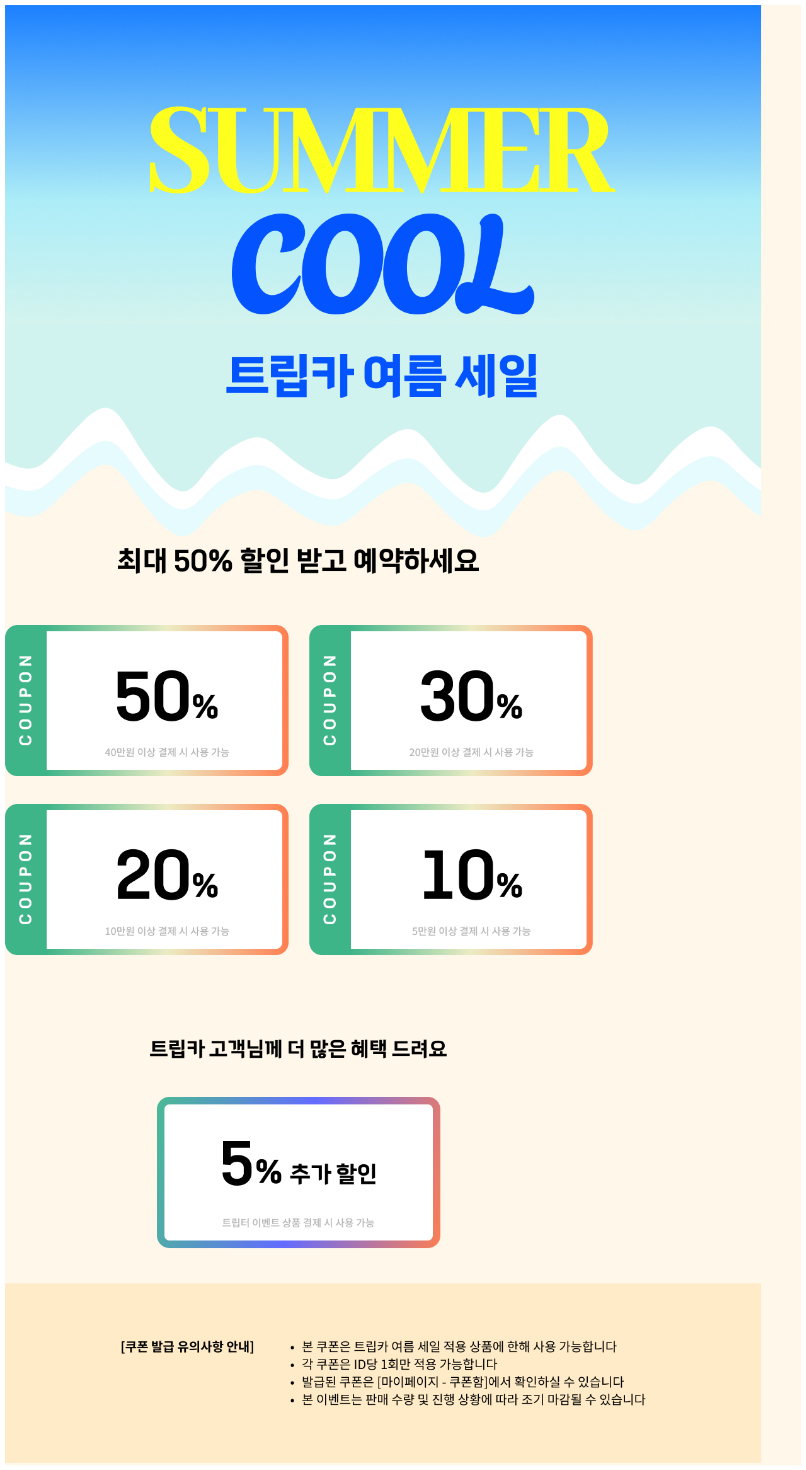
Repository: shin-eekk/project_temp
Page: project.html
These files come from the project's save history. The page is drawn as it stood at one moment and after a run of saves; the edit follows.
The browser window is 1280 px wide. The pictures show the whole page, at 63% of full size.

Above is the page before, as saved 2025-03-25 13:30:03.

After the next 3 saves:
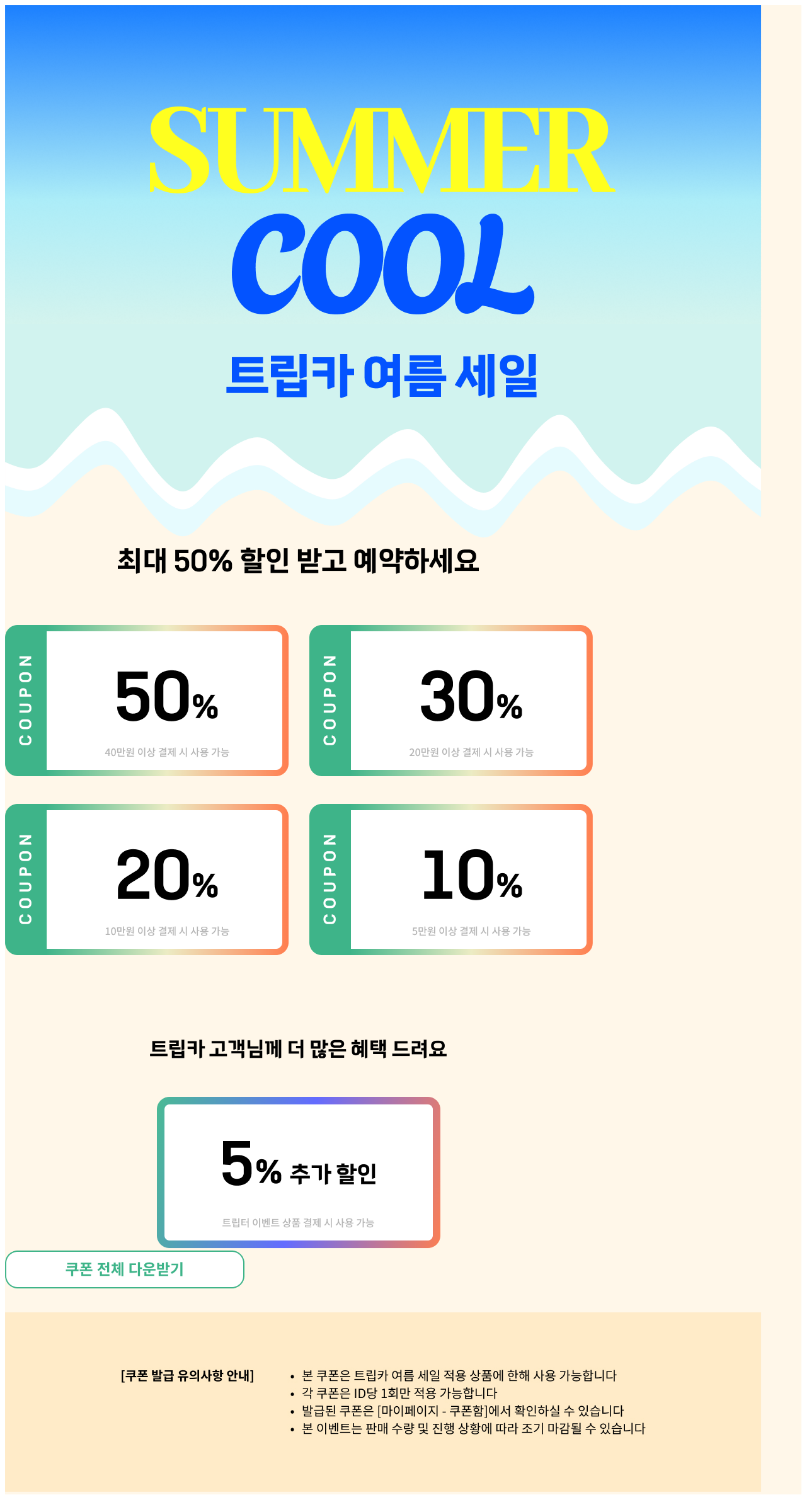
The 3 saves are shown as one change because they came seconds apart.
The last was saved 9 s later.
--- a/project.html
+++ b/project.html
@@ -11,7 +11,7 @@
         <div class="wrap">
             <img src="./img/project_coupon.png" alt="">
             <div><a href="">
-                <img src="" alt="">
+                <img src="./img/btn_all.png" alt="">
             </a><a href=""></a></div>
             <p></p>
             <img src="" alt="">
